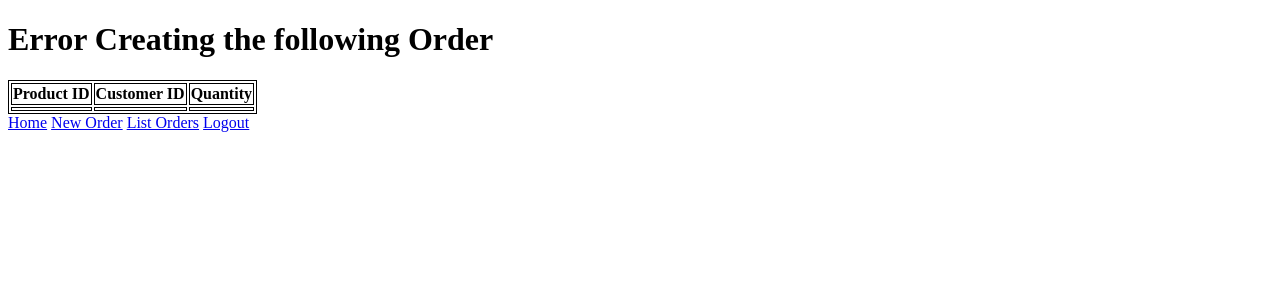
Repository: WilliamVida/Advanced-Data-Centric-Web-Applications-Project
Page: http://localhost/G00356773/jsp/orderError.jsp
An editor plug-in stored every save of this project. The page is shown before and after the next save, followed by the edit.
The browser window is 1280 px wide. The pictures show the whole page.
The page is served by Tomcat 9. The template is opened directly, without the code that normally fills it, so the values that code supplies are empty.

Above is the page before, as saved 2020-04-26 18:37:43.

After the next save:
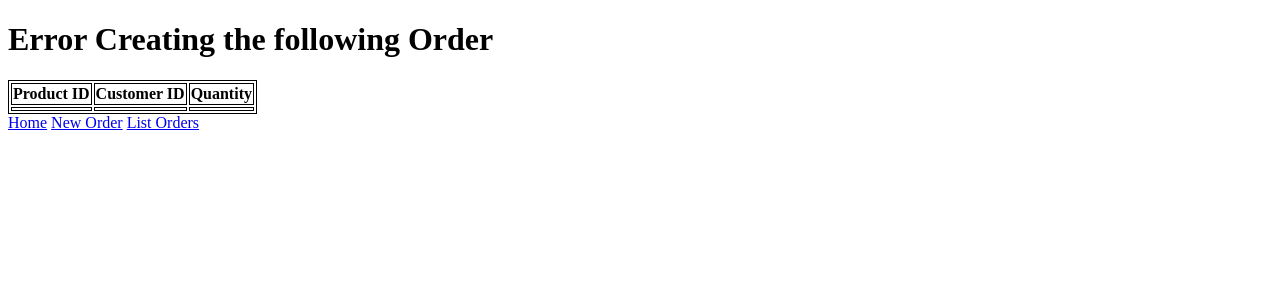
Saved 50 s later.
--- a/G00356773/src/main/webapp/jsp/orderError.jsp
+++ b/G00356773/src/main/webapp/jsp/orderError.jsp
@@ -29,6 +29,5 @@
 	<a href="/index.html">Home</a>
 	<a href="/newOrder.html">New Order</a>
 	<a href="/showOrders.html">List Orders</a>
-	<a href="/logout">Logout</a>
 </body>
 </html>
